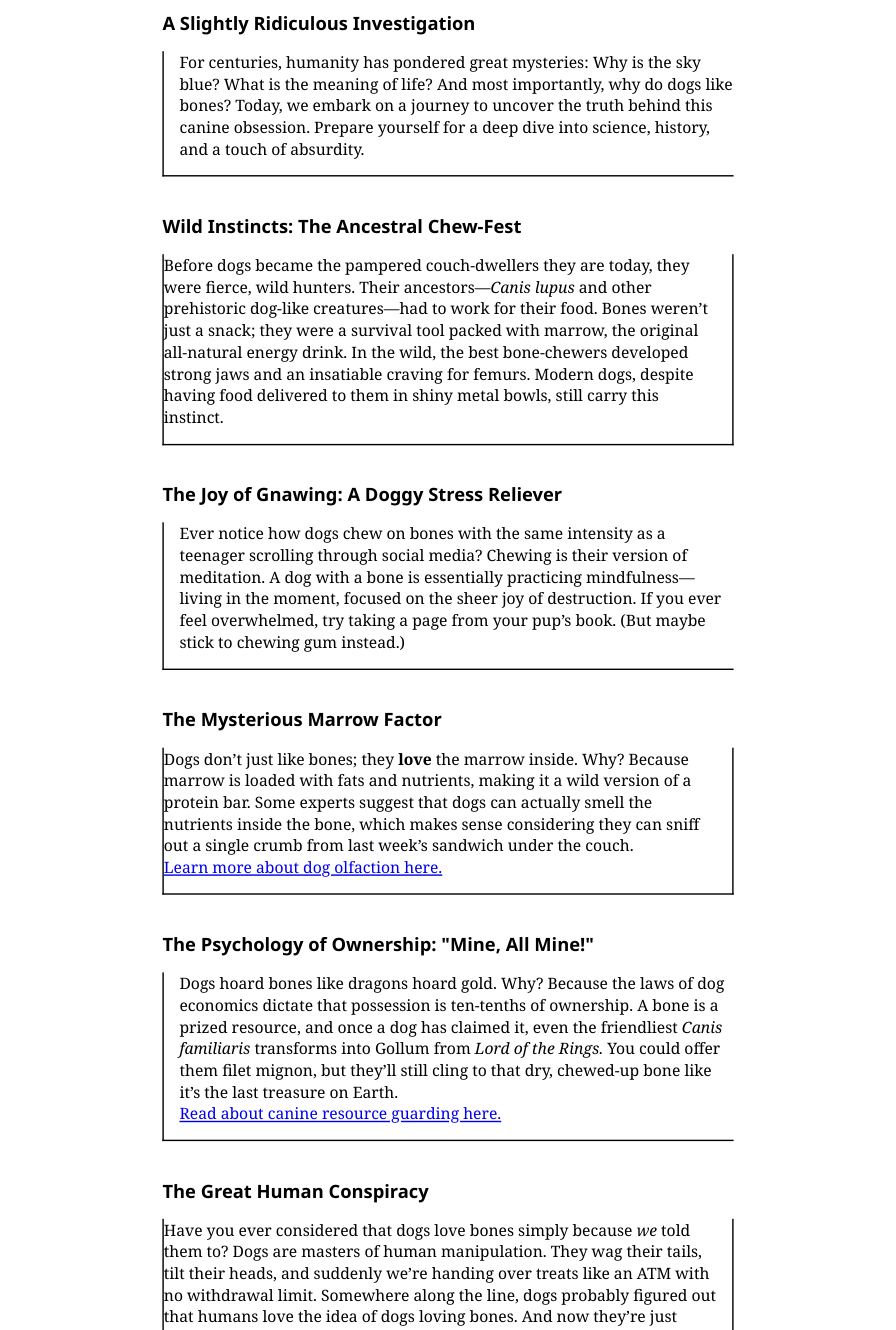
Repository: Leith-vdl/apprentice-challenge-1
Page: index.html
An editor plug-in stored every save of this project. The page is shown before and after the next save, followed by the edit.
The browser window is 1280 px wide. The pictures show the part of the page from y = 113 to 2013 px (the page is 2408 px tall before and 2394 px after), at 70% of full size.
A picture or video elsewhere on the page could not be fetched, so the positions and the page height are approximate.

Above is the page before, as saved 2025-01-31 16:01:59.

After the next save:
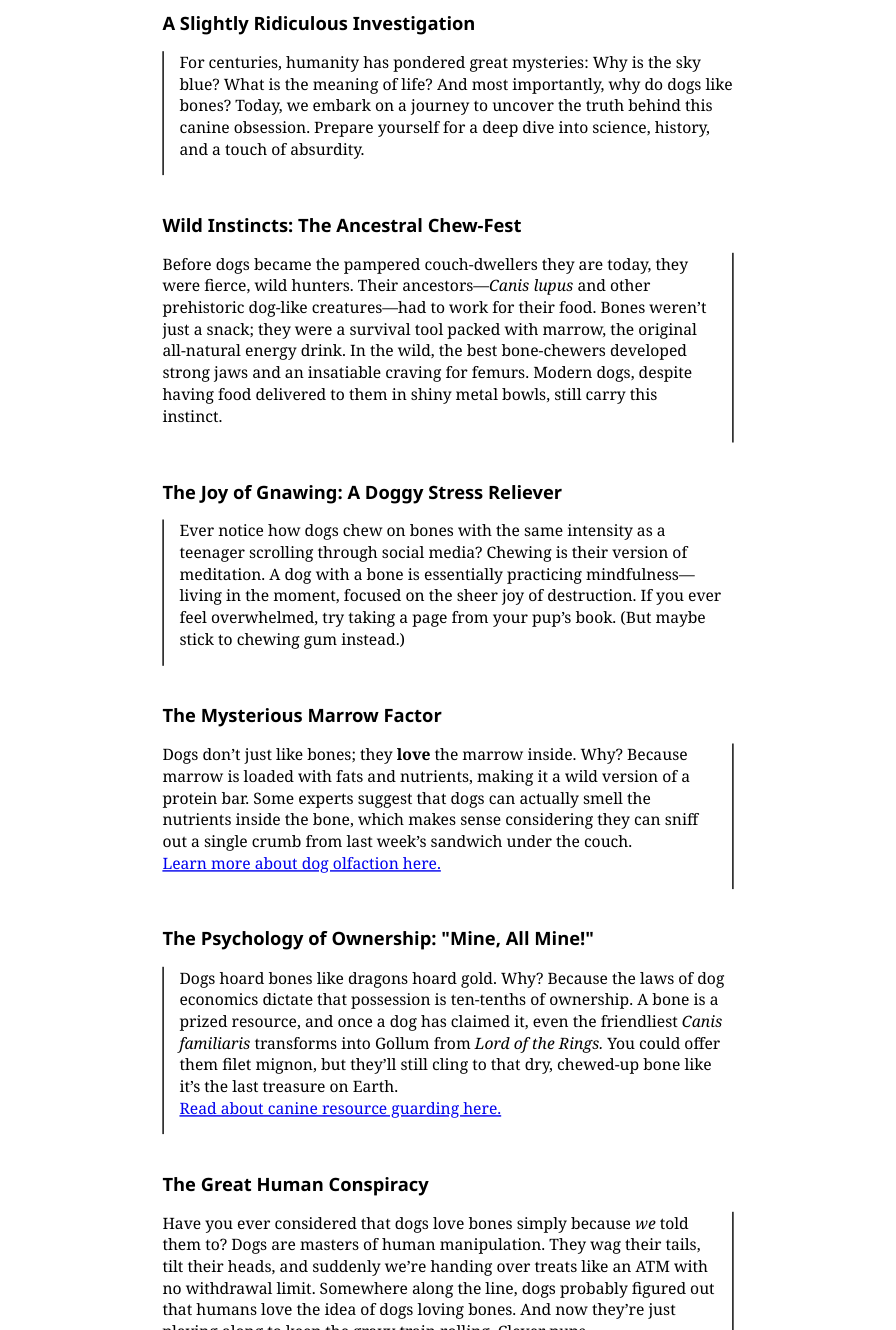
Saved 30 s later.
--- a/styles/styles.css
+++ b/styles/styles.css
@@ -27,16 +27,16 @@ h3.section-title {
     margin-top: 2em;
 }
 
-p.section-main-text, p.section-main-text,
+p.section-main-text p.section-main-text1 {
+    border-bottom: 2px solid black;
+}
 
 p.section-main-text1 {
     padding: 0 0 1em 1em;
-    border-bottom: 2px solid black;
     border-left: 2px solid black;
 }
 
 p.section-main-text {
     padding: 0 1em 1em 0;
-    border-bottom: 2px solid black;
     border-right: 2px solid black;
 }
